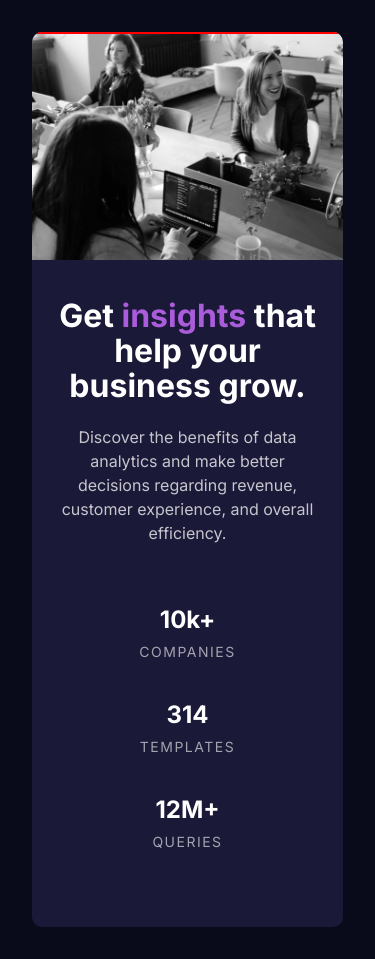
Repository: keisewarsame/stats-preview-frontendmentor
Page: index.html
These files come from the project's save history. The page is drawn as it stood at one moment and after the next save; the edit follows.
The browser window is 375 px wide. The pictures show the whole page.

Above is the page before, as saved 2022-07-12 14:56:31.

After the next save:
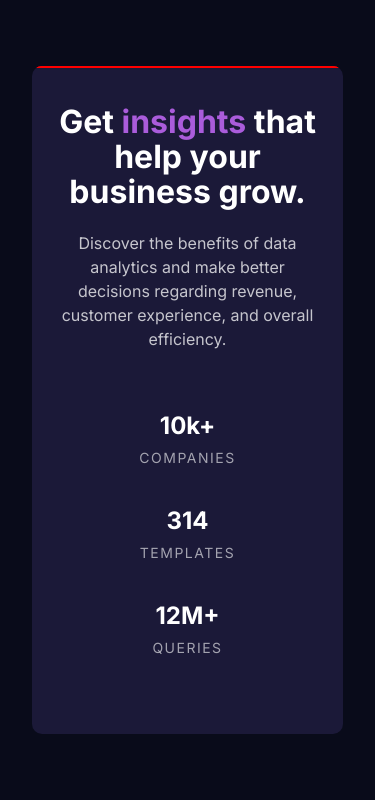
Saved 11 s later.
--- a/styles.css
+++ b/styles.css
@@ -108,7 +108,7 @@ img {
         height: 100%;
         width: 100%;
         order: -1;
-        content: url(/images/image-header-mobile.jpg);
+        /* content: url(/images/image-header-mobile.jpg); */
 
     }
 
